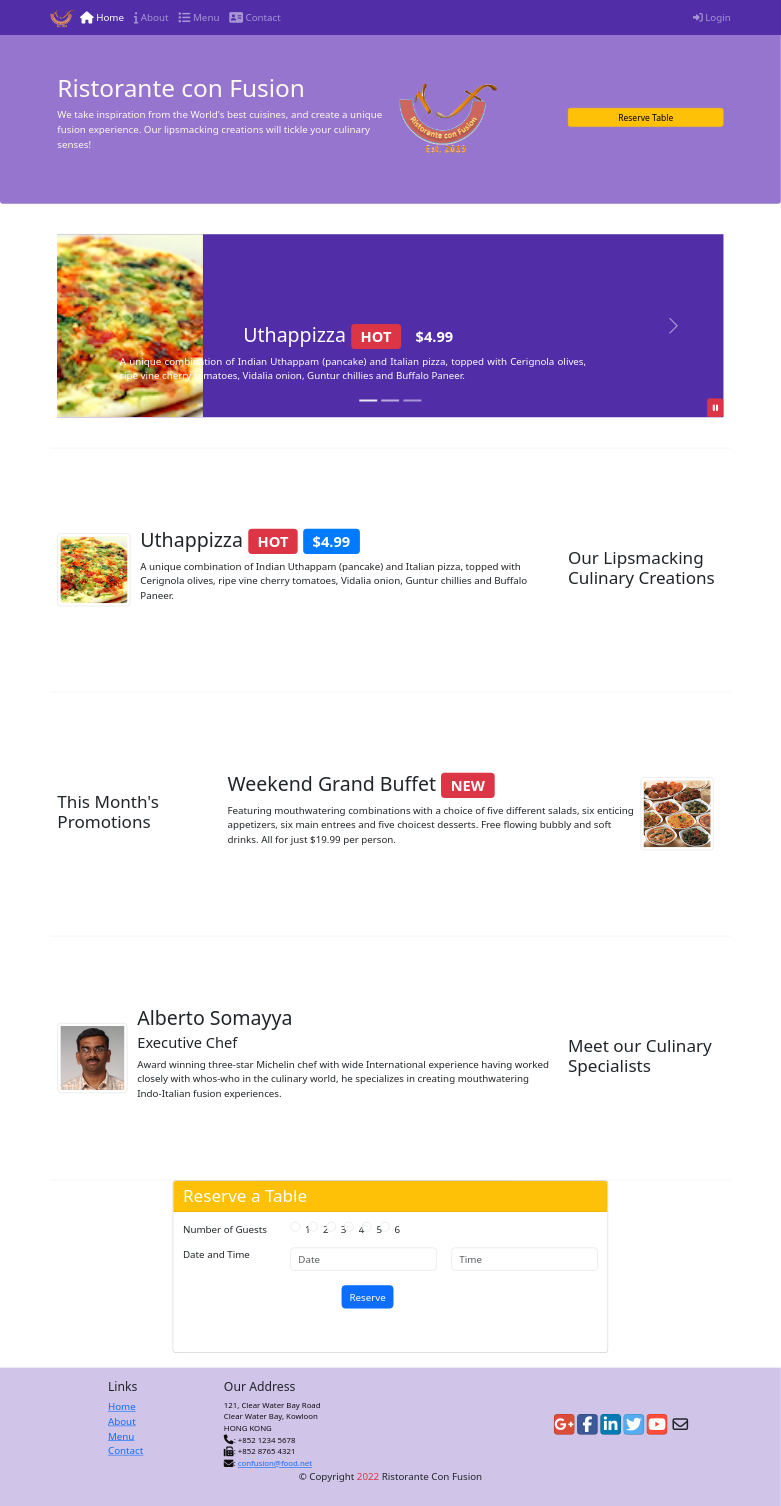
Repository: HoaHoang25092001/Bootstrap4-jQueryAndSass
Page: index.html
The author's editor kept a copy of each file at every save. The page is drawn from the files as they stood at one save, then again after the next save.
The browser window is 1280 px wide. The pictures show the whole page, at 61% of full size.
Some web libraries are served in a nearby version.

Above is the page before, as saved 2022-06-05 12:17:37.

After the next save:
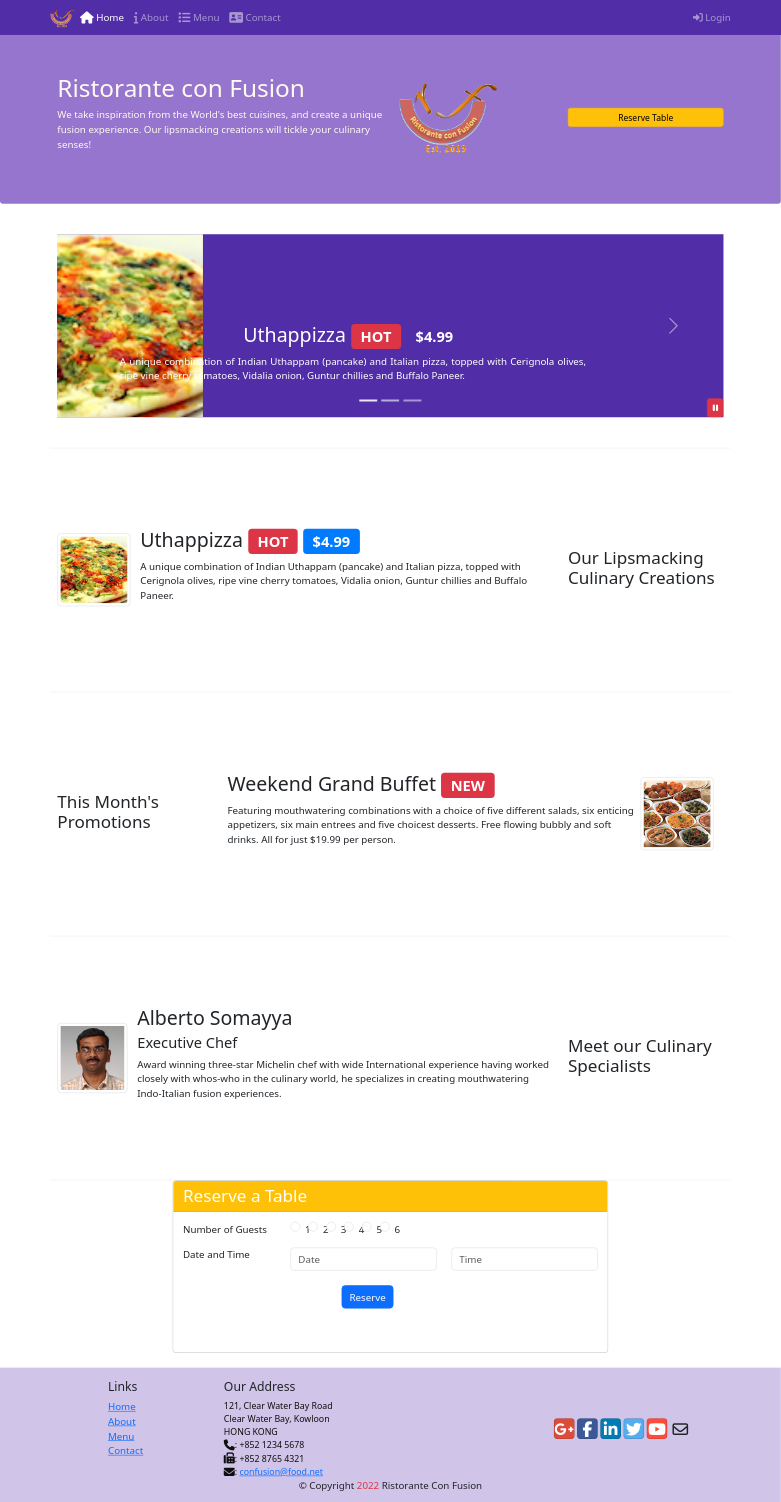
Saved 10 min 26 s later.
--- a/css/styles.css
+++ b/css/styles.css
@@ -1,53 +1,74 @@
 .row-header {
-  margin: 0px auto;
-  padding: 0px 0px; }
+	margin: 0px auto;
+	padding: 0px;
+}
 
 .row-content {
-  margin: 0px auto;
-  padding: 50px 0px;
-  border-bottom: 1px ridge;
-  min-height: 400px; }
+	margin: 0 auto;
+	padding: 50px 0px 50px 0px;
+	border-bottom: 1px ridge;
+	min-height: 400px;
+}
 
 .footer {
-  background-color: #D1C4E9;
-  margin: 0px auto;
-  padding: 20px 0px; }
+	background-color: #D1C4E9;
+	margin: 0px auto;
+	padding: 20px 0px 0px 0px;
+}
 
 .jumbotron {
-  margin: 0px auto;
-  padding: 70px 30px;
-  background: #9575CD;
-  color: floralwhite; }
+	padding: 70px 30px 70px 30px;
+	margin: 0px auto;
+	background: #9575CD;
+	color: floralwhite;
+}
 
 address {
-  font-size: 80%;
-  margin: 0px;
-  color: #0f0f0f; }
+	font-size: 90%;
+	margin: 0px;
+	color: #0f0f0f;
+}
 
-body {
-  padding: 50px 0px 0px 0px;
-  z-index: 0; }
+body{
+    padding:50px 0px 0px 0px;
+    z-index:0;
+}
 
 .navbar-dark {
-  background-color: #512DA8; }
+     background-color: #512DA8;
+}
+
+.google-map {
+	padding: 10px 0px;
+	border-radius: 100%;
+	overflow: hidden;
+}
 
 .tab-content {
-  border-left: 1px solid #ddd;
-  border-right: 1px solid #ddd;
-  border-bottom: 1px solid #ddd; }
+    border-left: 1px solid #ddd;
+    border-right: 1px solid #ddd;
+    border-bottom: 1px solid #ddd;
+    padding: 10px;
+}
 
 .carousel {
-  background: #512DA8; }
-  .carousel .carousel-item {
-    height: 300px; }
-    .carousel .carousel-item img {
-      position: absolute;
-      top: 0;
-      left: 0;
-      min-height: 300px; }
+    background:#512DA8;
+}
+
+.carousel-item {
+  height: 300px;
+}
+
+.carousel-item img {
+    position: absolute;
+    top: 0;
+    left: 0;
+    min-height: 300px;
+}
 
 #carouselButton {
-  right: 0px;
-  position: absolute;
-  bottom: 0px;
-  z-index: 1; }
+    right:0px;
+    position: absolute;
+    bottom: 0px;
+    z-index: 1;
+}
